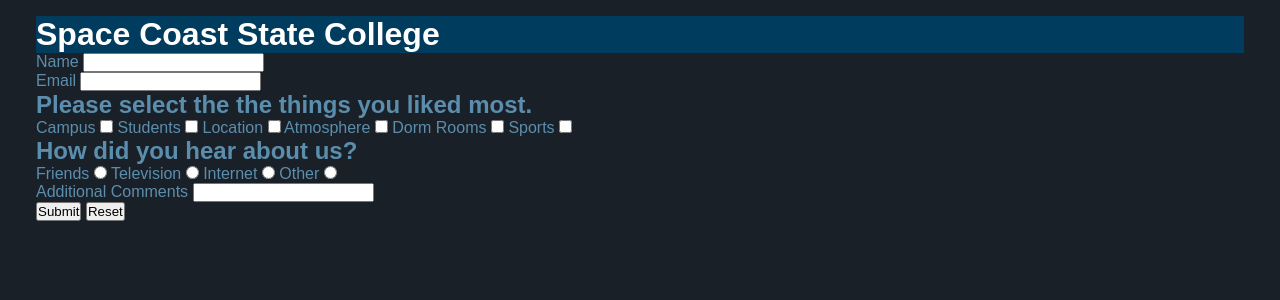
Repository: mlmEFSC21/P2-University-Form
Page: index.html
The author's editor kept a copy of each file at every save. The page is drawn from the files as they stood at one save, then again after the next save.
The browser window is 1280 px wide. The pictures show the whole page.
Some web fonts or font styles are not loaded; a fallback is used.

Above is the page before, as saved 2022-01-29 17:31:21.

After the next save:
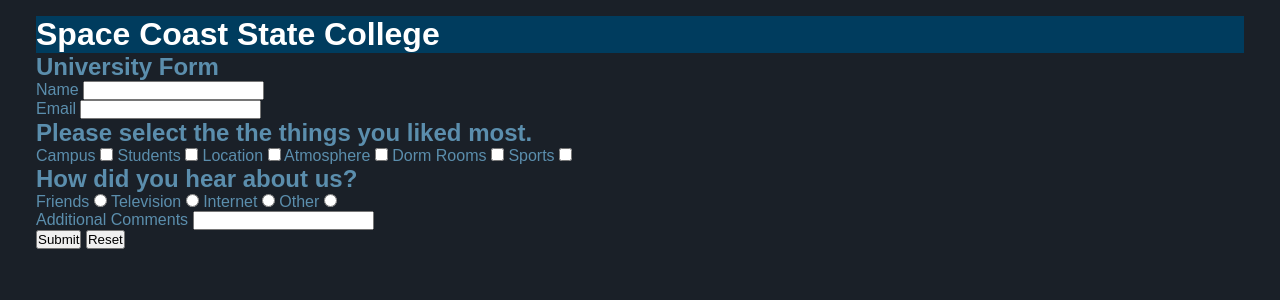
Saved 16 s later.
--- a/index.html
+++ b/index.html
@@ -12,6 +12,7 @@
             <h1>Space Coast State College</h1>
         </header>
         <main>
+            <h2>University Form</h2>
             <!-- REMEMBER TO CHANGE THIS TO A POST TO DEITEL!!!!!!!!!!-->
             <form action="results.html" method="GET">
                 <div>
